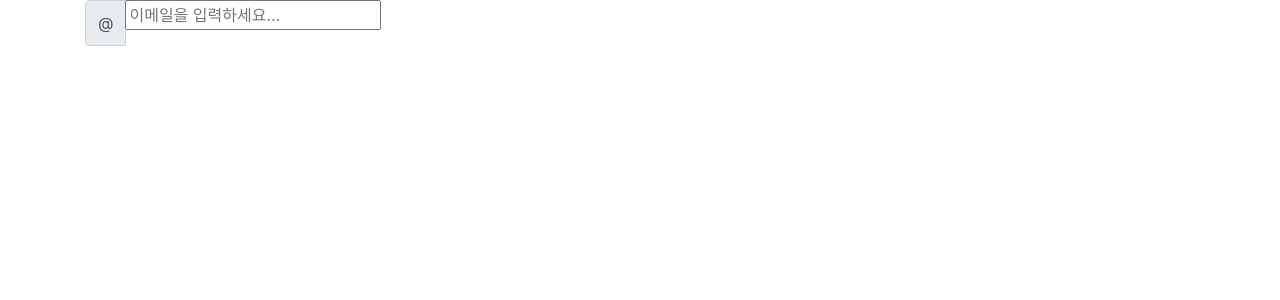
Repository: Junhee1412/front_end_practice
Page: jquery, bootstrap/js05_bootstrap/public/js07_input.html
The author's editor kept a copy of each file at every save. The page is drawn from the files as they stood at one save, then again after the next save.
The browser window is 1280 px wide. The pictures show the whole page.

Above is the page before, as saved 2022-11-16 03:03:31.

### jquery, bootstrap/js05_bootstrap/public/js07_input.html
<!DOCTYPE html>
<html>
<head>
   <meta charset="UTF-8">
   <meta name="viewport" content="width=device-width, initial-scale=1, minimum-scale=1, maximum-scale=1">
     <link rel="stylesheet" href="https://maxcdn.bootstrapcdn.com/bootstrap/4.5.2/css/bootstrap.min.css">
   <style>
   </style>
     <script src="https://code.jquery.com/jquery-3.6.0.min.js"></script>
     <script src="https://maxcdn.bootstrapcdn.com/bootstrap/4.5.2/js/bootstrap.min.js"></script>
	<script>

	</script>
</head>
<body>
	<div class="container">
		<form action=""></form>
			<div class="input-group mb-3">
				<div class="input-group-prepend">
					<span class="input-group-text">@</span>
				</div>
				<input type="text" class="form-group" placeholder="이메일을 입력하세요..."/>
			</div>
	</div>
</body>
</html>

After the next save:
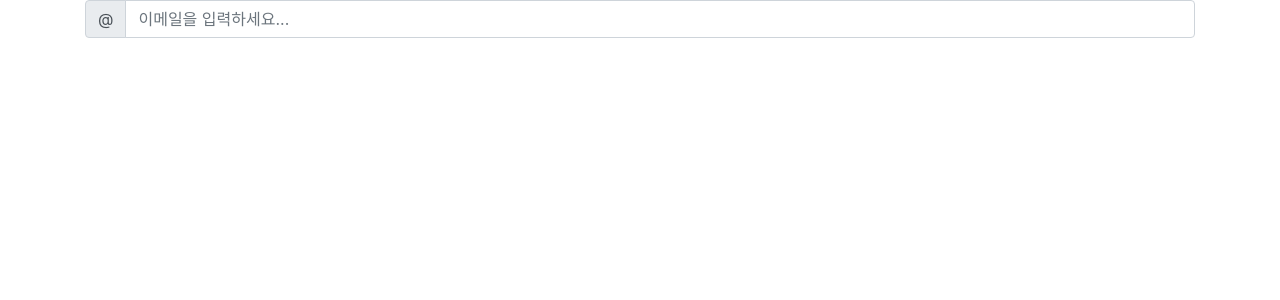
Saved 13 s later.
--- a/jquery, bootstrap/js05_bootstrap/public/js07_input.html
+++ b/jquery, bootstrap/js05_bootstrap/public/js07_input.html
@@ -19,7 +19,7 @@
 				<div class="input-group-prepend">
 					<span class="input-group-text">@</span>
 				</div>
-				<input type="text" class="form-group" placeholder="이메일을 입력하세요..."/>
+				<input type="text" class="form-control" placeholder="이메일을 입력하세요..."/>
 			</div>
 	</div>
 </body>
